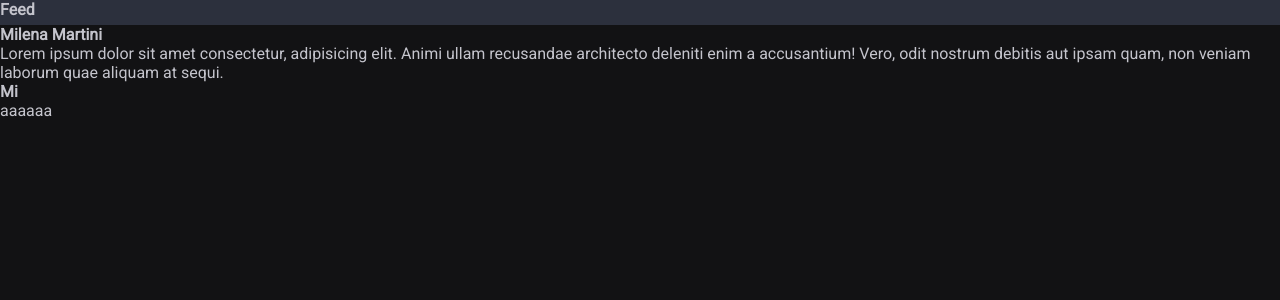
Repository: MilenaMartini/IgniteRckReactJs
Page: /
The author's editor kept a copy of each file at every save. The page is drawn from the files as they stood at one save, then again after a run of saves.
The browser window is 1280 px wide. The pictures show the whole page.
The project was rebuilt for these pictures with package versions that can differ from the ones it lists, and the page was loaded fresh each time. Also part of the build but not shown: vite.config.js.

Above is the page before, as saved 2023-04-14 15:38:45.

### index.html
<!DOCTYPE html>
<html lang="en">
  <head>
    <meta charset="UTF-8" />
    <link rel="icon" type="image/svg+xml" href="/vite.svg" />
    <meta name="viewport" content="width=device-width, initial-scale=1.0" />
    <link rel="preconnect" href="https://fonts.googleapis.com">
<link rel="preconnect" href="https://fonts.gstatic.com" crossorigin>
<link href="https://fonts.googleapis.com/css2?family=Roboto:ital,wght@0,400;1,700&display=swap" rel="stylesheet">
    <title>Vite + React</title>
  </head>
  <body>
    <div id="root"></div>
    <script type="module" src="/src/main.jsx"></script>
  </body>
</html>

### src/App.jsx
import { Post } from "./Post"
import {Header} from "./components/Header"
import "./Global.css"

function App() {

  return (
    <div>
    <Header  />

   <Post
   author="Milena Martini"
   content="Lorem ipsum dolor sit amet consectetur, adipisicing elit. Animi ullam recusandae architecto deleniti enim a accusantium! Vero, odit nostrum debitis aut ipsam quam, non veniam laborum quae aliquam at sequi."
   />

   <Post
      author="Mi"
      content="aaaaaa"
    />
   </div>
  )
}
export default App

### src/Post.jsx
export function Post(props) {
  return (
  <div>
    <strong>{props.author}</strong>
    <p>{props.content}</p>
  </div>
    )
}

### src/components/Header.jsx
import React from "react";
import Style from './Header.module.css';

export function Header() {
  return(
  <header className={Style.header}>
    <strong >Feed</strong>
  </header>

  );
}

### src/Global.css
:root {
  --white: #ffffff;
  --gray-100: #e1e1e6;
  --gray-300: #c4c4cc;
  --gray-400: #8d8d99;
  --gray-600: #323238;
  --gray-700: #29292e;
  --gray-800: #202024;
  --gray-900: #121214;

  --green-500: #00875f;

}

*{
  margin: 0;
  padding: 0;
  box-sizing: border-box;
}

body{
  background: var(--gray-900);
  color: var(--gray-300);
  -webkit-font-smoothing: antialised;
}

body, input, textarea, button {
  font-family: 'Roboto', sans-serif;
  font-weight: 400;
  font-size: 1rem;
}

### src/components/Header.module.css
.header{
    background-color: #2c303d;
    height: 25px;
}

Loaded but not shown: src/main.jsx (common file)

After the next 2 saves:
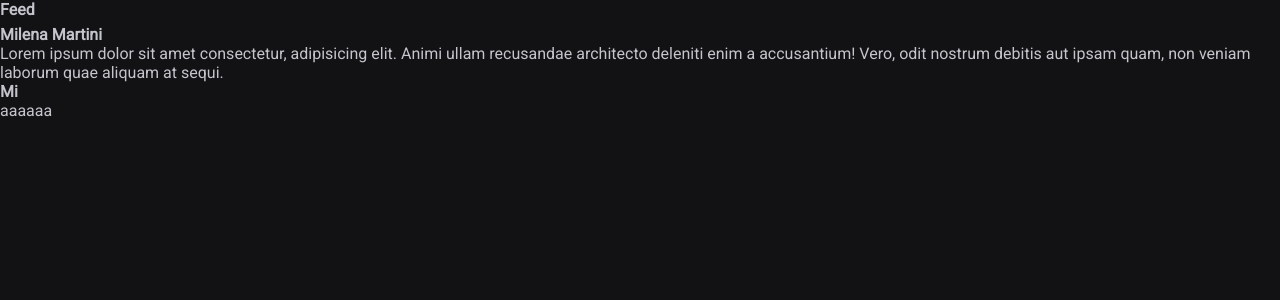
The 2 saves are shown as one change because they came seconds apart.
The last was saved 5 min 41 s later.
--- a/src/components/Header.module.css
+++ b/src/components/Header.module.css
@@ -1,4 +1,4 @@
 .header{
-    background-color: #2c303d;
+    background var();
     height: 25px;
 }

After the 2 saves that followed:
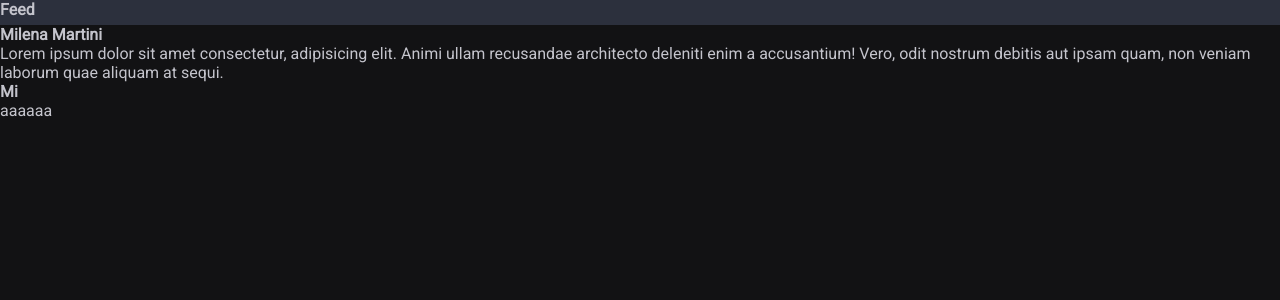
The 2 saves are shown as one change because they came seconds apart.
The last was saved 10 s later.
--- a/src/components/Header.module.css
+++ b/src/components/Header.module.css
@@ -1,4 +1,4 @@
 .header{
-    background var();
+    background-color: #2c303d;
     height: 25px;
 }
